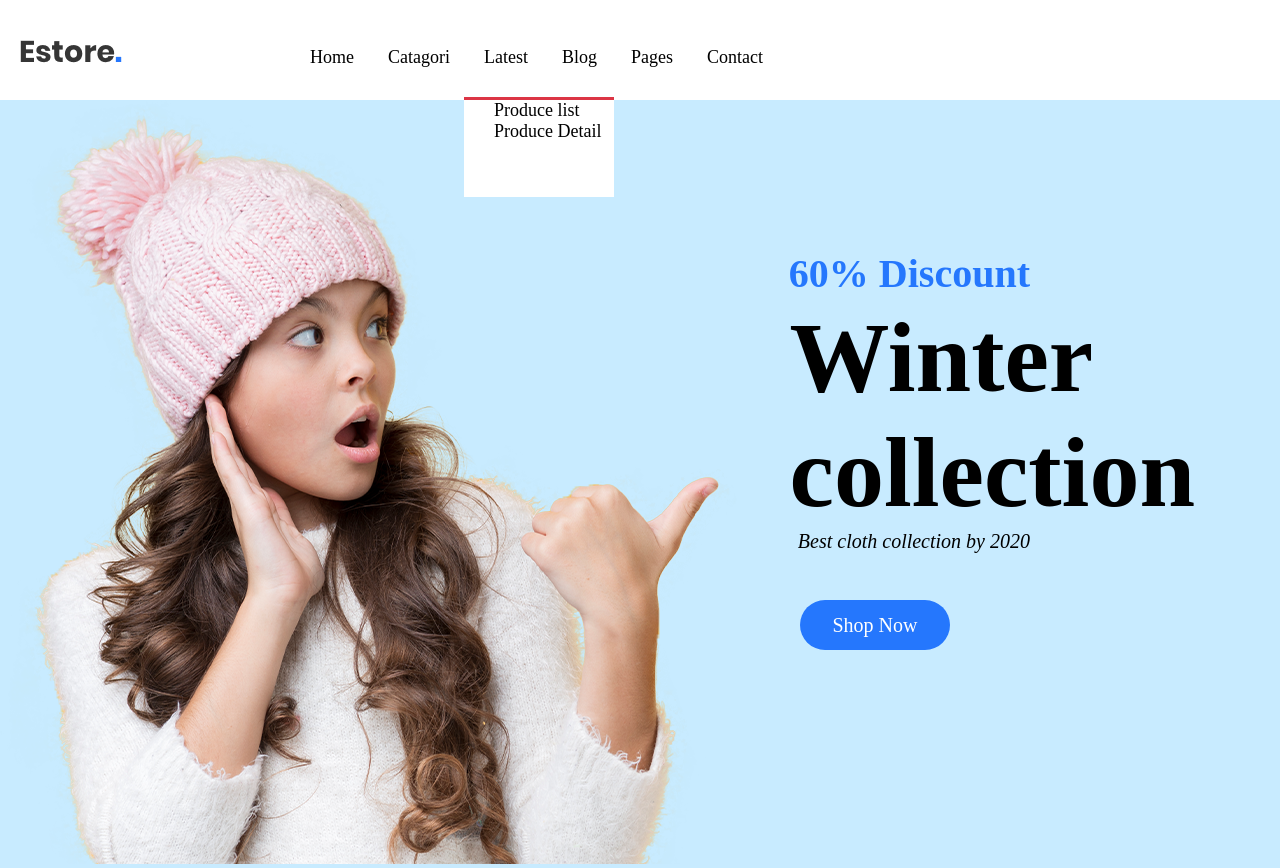
Repository: nhutduy0803/template1
Page: index.html
These files come from the project's save history. The page is drawn as it stood at one moment and after the next save; the edit follows.
The browser window is 1280 px wide. The pictures show the whole page.

Above is the page before, as saved 2021-12-02 20:57:42.
Console error: TypeError: Cannot set properties of null (setting 'onclick')

After the next save:
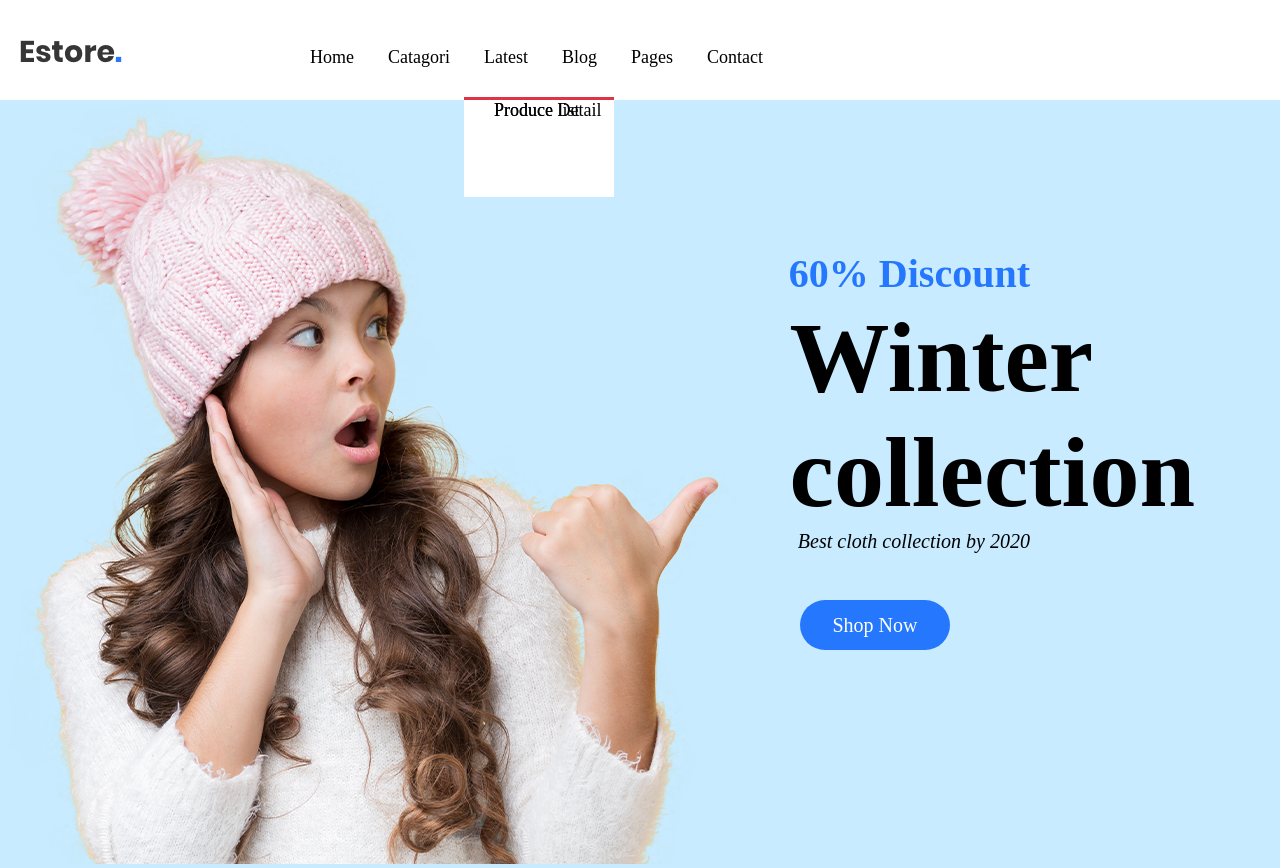
Saved 7 s later.
--- a/assets/css/style.css
+++ b/assets/css/style.css
@@ -107,7 +107,7 @@
 
 .sub-nav li {
   display: block;
-  margin-left: -2px;
+  position: absolute;
 }
 
 .sub-nav {

After the save that followed:
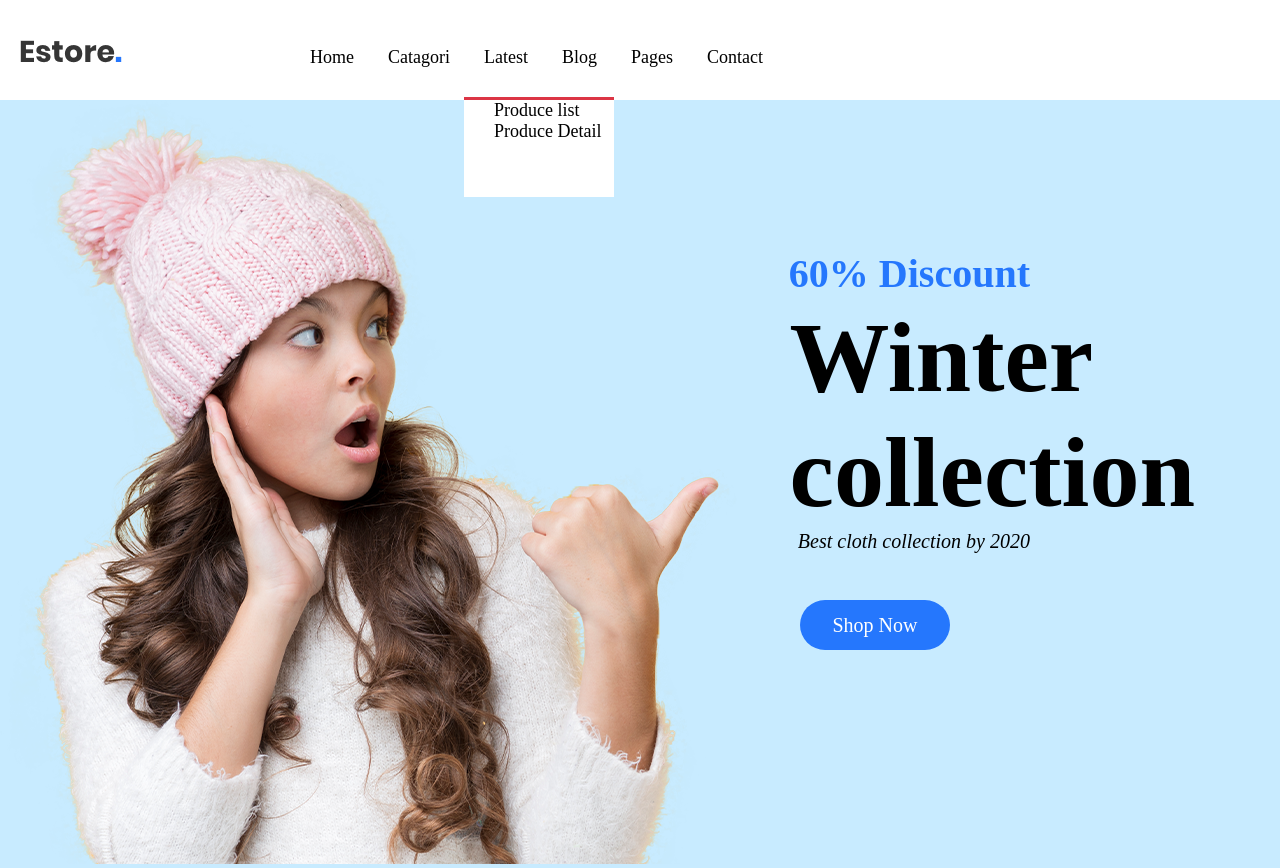
Saved 4 s later.
--- a/assets/css/style.css
+++ b/assets/css/style.css
@@ -107,7 +107,6 @@
 
 .sub-nav li {
   display: block;
-  position: absolute;
 }
 
 .sub-nav {
